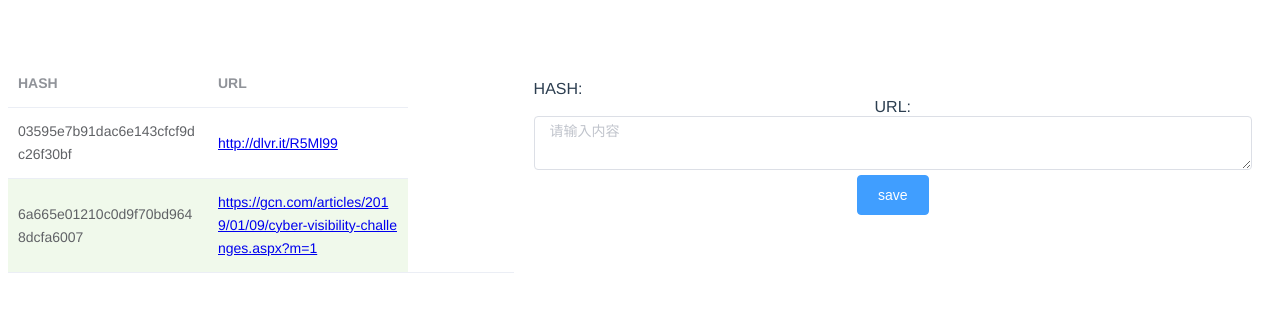
Repository: NicoleGX/TI
Page: /
These files come from the project's save history. The page is drawn as it stood at one moment and after the next save; the edit follows.
The browser window is 1280 px wide. The pictures show the whole page.
The project was rebuilt for these pictures with package versions that can differ from the ones it lists, and the page was loaded fresh each time.

Above is the page before, as saved 2019-05-28 20:01:57.

After the next save:
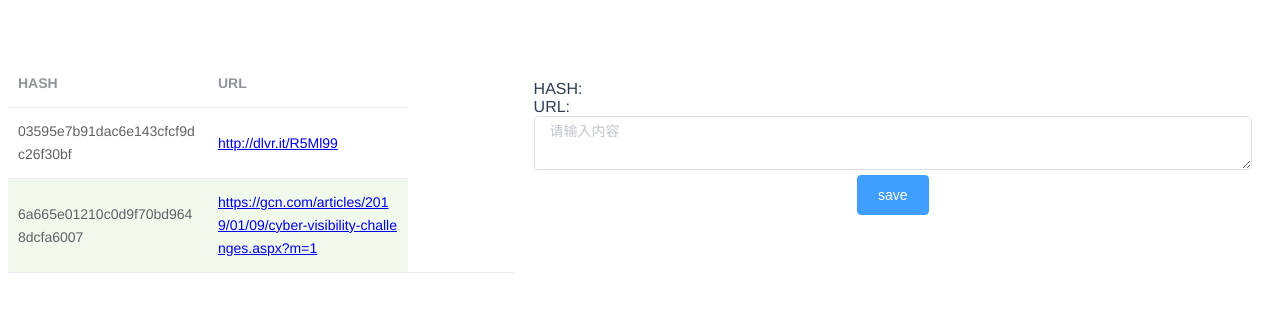
Saved 25 s later.
--- a/src/views/TextClassification.vue
+++ b/src/views/TextClassification.vue
@@ -26,8 +26,8 @@
       <div style="text-align: left;">
         <span style="font-size: 16px;">HASH: </span>
       </div>
-      <div>
-        <span style="font-size: 16px;">URL: </span>
+      <div style="text-align: left;">
+        <span class="color-dark-light">URL: </span>
       </div>
       <el-input
         type="textarea"
